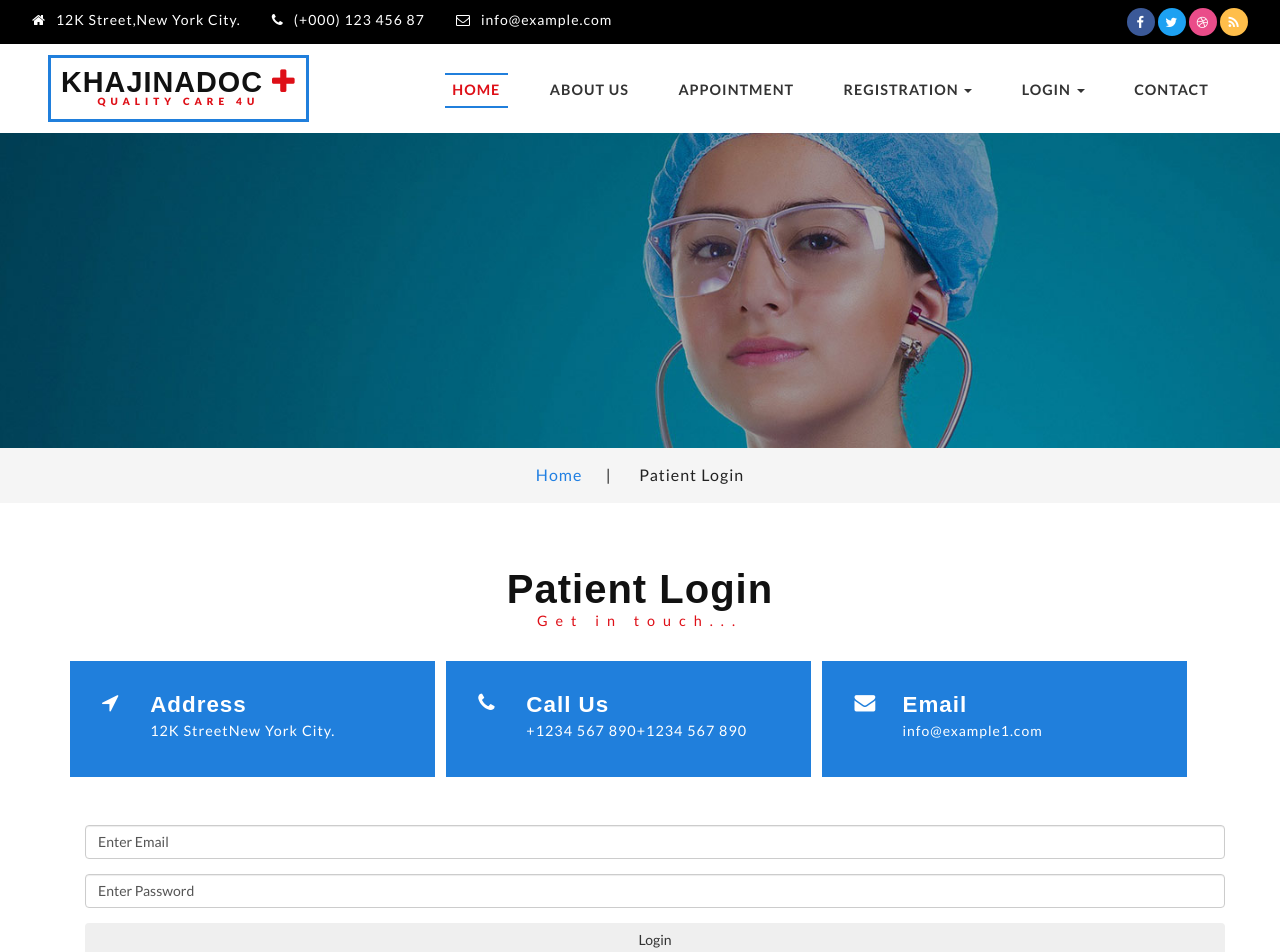
Repository: 72-faisal/work_to_do
Page: http://localhost/Khajina_Doctor/Patient_Login.jsp
These files come from the project's save history. The page is drawn as it stood at one moment and after the next save; the edit follows.
The browser window is 1280 px wide. The pictures show the part of the page from y = 0 to 952 px (the page is 2133 px tall).
Some web fonts or font styles are not loaded; a fallback is used. The page is served by Tomcat 9. Other server files are loaded and not shown.

Above is the page before, as saved 2023-04-14 20:49:34.

### Khajina_Doctor/Khajina_Doctor/src/main/webapp/Patient_Login.jsp
<%@ page language="java" contentType="text/html; charset=ISO-8859-1"
    pageEncoding="ISO-8859-1"%>

<!--
author: W3layouts
author URL: http://w3layouts.com
License: Creative Commons Attribution 3.0 Unported
License URL: http://creativecommons.org/licenses/by/3.0/
-->
<!DOCTYPE html>
<html lang="zxx">
<head>
<title>Health Plus a Medical Category Bootstrap Responsive Website Template | Contact :: w3layouts</title>
<!-- for-meta-tags-->
<meta name="viewport" content="width=device-width, initial-scale=1">
<meta http-equiv="Content-Type" content="text/html; charset=utf-8" />
<meta name="keywords" content="Health Plus Responsive web template, Bootstrap Web Templates, Flat Web Templates, Android Compatible web template,
Smartphone Compatible web template, free web designs for Nokia, Samsung, LG, SonyEricsson, Motorola web design" />
<script type="application/x-javascript"> addEventListener("load", function() { setTimeout(hideURLbar, 0); }, false);
		function hideURLbar(){ window.scrollTo(0,1); } </script>
<!-- //for-meta-tags-->
<link href="css/bootstrap.css" rel="stylesheet" type="text/css" media="all" />
<link href="css/style.css" rel="stylesheet" type="text/css" media="all" />
<!-- font-awesome icons -->
<link href="css/font-awesome.css" rel="stylesheet">
<!-- //font-awesome icons -->
<link href="//fonts.googleapis.com/css?family=Raleway:200,200i,300,300i,400,400i,500,500i,600,600i,700,700i,800" rel="stylesheet">
<link href="//fonts.googleapis.com/css?family=Lato:300,300i,400,400i,700,900" rel="stylesheet">
</head>

<body>
<div class="main" id="home">
<!-- banner -->
		<div class="header_agileinfo">
						<div class="w3_agileits_header_text">
							<ul class="top_agile_w3l_info_icons">
									<li><i class="fa fa-home" aria-hidden="true"></i>12K Street,New York City.</li>
									<li class="second"><i class="fa fa-phone" aria-hidden="true"></i>(+000) 123 456 87</li>

									<li><i class="fa fa-envelope-o" aria-hidden="true"></i><a href="mailto:maria@example.com">info@example.com</a></li>
								</ul>

						</div>
						<div class="agileinfo_social_icons">
							<ul class="agileits_social_list">
								<li><a href="#" class="w3_agile_facebook"><i class="fa fa-facebook" aria-hidden="true"></i></a></li>
								<li><a href="#" class="agile_twitter"><i class="fa fa-twitter" aria-hidden="true"></i></a></li>
								<li><a href="#" class="w3_agile_dribble"><i class="fa fa-dribbble" aria-hidden="true"></i></a></li>
								<li><a href="#" class="w3_agile_rss"><i class="fa fa-rss" aria-hidden="true"></i></a></li>
							</ul>
						</div>
						<div class="clearfix"> </div>
			</div>

		<div class="header-bottom">
				<nav class="navbar navbar-default">
				<!-- Brand and toggle get grouped for better mobile display -->
				<div class="navbar-header">
				  <button type="button" class="navbar-toggle collapsed" data-toggle="collapse" data-target="#bs-example-navbar-collapse-1">
					<span class="sr-only">Toggle navigation</span>
					<span class="icon-bar"></span>
					<span class="icon-bar"></span>
					<span class="icon-bar"></span>
				  </button>
					<div class="logo">
						<h1><a class="navbar-brand" href="index.jsp"><span>Khajina</span>Doc <i class="fa fa-plus" aria-hidden="true"></i> <p>Quality Care 4U</p></a></h1>
					</div>
				</div>

				<!-- Collect the nav links, forms, and other content for toggling -->
				<div class="collapse navbar-collapse nav-wil" id="bs-example-navbar-collapse-1">
					<nav class="menu menu--sebastian">
					<ul id="m_nav_list" class="m_nav menu__list">
						<li class="m_nav_item menu__item menu__item--current" id="m_nav_item_1"> <a href="index.jsp" class="menu__link"> Home </a></li>
						<li class="m_nav_item menu__item" id="moble_nav_item_2"> <a href="about.jsp" class="menu__link"> About Us </a> </li>
						<li class="m_nav_item menu__item" id="moble_nav_item_4"> <a href="appointment.jsp" class="menu__link">Appointment  </a> </li>
						<li class="m_nav_item menu__item" id="moble_nav_item_3 dropdown"> <a href="#" class="menu__link dropdown-toggle" data-toggle="dropdown">Registration  <b class="caret"></b></a>
						   <ul class="dropdown-menu agile_short_dropdown">
									<li><a href="Patient_Registration.jsp">As Patient</a></li>
									<li><a href="Doctor_Registration.jsp">As Doctor</a></li>
								</ul>
						</li>
						<li class="m_nav_item menu__item" id="moble_nav_item_3 dropdown"> <a href="#" class="menu__link dropdown-toggle" data-toggle="dropdown">Login  <b class="caret"></b></a>
						   <ul class="dropdown-menu agile_short_dropdown">
									<li><a href="Patient_Login.jsp">Patient Login</a></li>
									<li><a href="Doctor_Login.jsp">Doctor Login</a></li>
									<li><a href="Admin_Login.jsp">Admin Login</a></li>
						   </ul>
						</li>
						<li class="m_nav_item menu__item" id="moble_nav_item_6"> <a href="contact.jsp" class="menu__link"> Contact </a> </li>
					</ul>
				</nav>

				</div>
				<!-- /.navbar-collapse -->
			</nav>
	 </div>
</div>
<!-- banner -->
<!-- banner1 -->
	<div class="banner1 jarallax">
		<div class="container">
		</div>
	</div>

	<div class="services-breadcrumb">
		<div class="container">
			<ul>
				<li><a href="index.jsp">Home</a><i>|</i></li>
				<li>Patient Login</li>
			</ul>
		</div>
	</div>
<!-- //banner1 -->
	<div class="banner-bottom" id="about">
		<div class="container">
			<h2 class="w3_heade_tittle_agile">Patient Login</h2>
		    <p class="sub_t_agileits">Get in touch...</p>

           <div class="contact-top-agileits">
               <div class="col-md-4 contact-grid ">
					<div class="contact-grid1 agileits-w3layouts">
						<i class="fa fa-location-arrow"></i>
						<div class="con-w3l-info">
						   <h4>Address </h4>
						  <p>12K Street<span>New York City.</span></p>
						</div>
						<div class="clearfix"></div>
					</div>
				</div>
				<div class="col-md-4 contact-grid">
					<div class="contact-grid2 w3">
						<i class="fa fa-phone" aria-hidden="true"></i>
						<div class="con-w3l-info">
						  <h4>Call Us</h4>
						   <p>+1234 567 890<span>+1234 567 890</span></p>
						</div>
						<div class="clearfix"></div>
					</div>
				</div>
				<div class="col-md-4 contact-grid">
					<div class="contact-grid3 w3l">
						<i class="fa fa-envelope"></i>
						<div class="con-w3l-info">
						  <h4>Email</h4>
						  <p><a href="mailto:info@example.com">info@example1.com</a>

						  </p></div>
						  <div class="clearfix"></div>
					</div>
				</div>
				<div class="clearfix"></div>

			</div>
			<div class="contact-form-aits">
				 <!--contact -->
      <section class="contact py-lg-4 py-md-3 py-sm-3 py-3">
         <div class="container py-lg-5 py-md-4 py-sm-4 py-3">
            <div class="contact-list-grid">
             <%String msg = (String)request.getAttribute("msg"); %>
            <%if(msg!=null){ %>
            	<h4><%out.print(msg); %></h4>
            <%} %>

               <form action="PatientController" method="post">
                  <div class=" agile-wls-contact-mid">


                   <div class="form-group contact-forms">
                        <input type="email" class="form-control" placeholder="Enter Email" name="email">
                     </div>
                   <div class="form-group contact-forms">
                        <input type="password" class="form-control" placeholder="Enter Password" name="password">
                    </div>
                    <button type="submit" name="action" value="Login"  class="btn btn-block sent-butnn">Login</button>
                  </div>

               </form>
                <h5 class="text-center mb-lg-5 mb-md-4 mb-sm-4 mb-3">
               	<a href="Patient-forgetpassword.jsp">Forget Password?></a>
               </h5>
            </div>
         </div>
         <!--//contact-map -->
      </section>
				  <ul class="agileits_social_list two">
				        <li class="fallow"> Follow Us :</li>
								<li><a href="#" class="w3_agile_facebook"><i class="fa fa-facebook" aria-hidden="true"></i></a></li>
								<li><a href="#" class="agile_twitter"><i class="fa fa-twitter" aria-hidden="true"></i></a></li>
								<li><a href="#" class="w3_agile_dribble"><i class="fa fa-dribbble" aria-hidden="true"></i></a></li>
								<li><a href="#" class="w3_agile_rss"><i class="fa fa-rss" aria-hidden="true"></i></a></li>
							</ul>

			   </div>
	    </div>
	</div>

<div class="map_agile">
<iframe src="https://www.google.com/maps/embed?pb=!1m18!1m12!1m3!1d387142.84010033106!2d-74.25819252532891!3d40.70583163828471!2m3!1f0!2f0!3f0!3m2!1i1024!2i768!4f13.1!3m3!1m2!1s0x89c24fa5d33f083b%3A0xc80b8f06e177fe62!2sNew+York%2C+NY%2C+USA!5e0!3m2!1sen!2sin!4v1475140387172" style="border:0"></iframe>


</div>
<!-- footer -->
	<div class="footer">
		<div class="container">
			<h4>Subscribe to <span>Newsletter</span></h4>
			<form action="#" method="post">
				<input type="email" name="Email" placeholder="Enter Your Email..." required="">
				<input type="submit" value="Send">
			</form>
			<div class="agile_footer_copy">
				<div class="w3agile_footer_grids">
					<div class="col-md-4 w3agile_footer_grid">
						<h3>About Us</h3>
						<p>Duis aute irure dolor in reprehenderit in voluptate velit esse.<span>Excepteur sint occaecat cupidatat
							non proident, sunt in culpa qui officia deserunt mollit.</span></p>
					</div>
					<div class="col-md-4 w3agile_footer_grid">
						<h3>Contact Info</h3>
						<ul>
							<li><i class="fa fa-map-marker" aria-hidden="true"></i>1234k Avenue, 4th block, <span>New York City.</span></li>
							<li><i class="fa fa-envelope-o" aria-hidden="true"></i><a href="mailto:info@example.com">info@example.com</a></li>
							<li><i class="fa fa-phone" aria-hidden="true"></i>+1234 567 567</li>
						</ul>
					</div>
					<div class="col-md-4 w3agile_footer_grid w3agile_footer_grid1">
						<h3>Navigation</h3>
						<ul>
							<li><span class="fa fa-long-arrow-right" aria-hidden="true"></span><a href="appointment.jsp">Appointment</a></li>
							<li><span class="fa fa-long-arrow-right" aria-hidden="true"></span><a href="about.jsp">About</a></li>
							<li><span class="fa fa-long-arrow-right" aria-hidden="true"></span><a href="contact.jsp">Contact Us</a></li>
						</ul>
					</div>
					<div class="clearfix"> </div>
				</div>
			</div>
			<div class="w3_agileits_copy_right_social">
				<div class="col-md-6 agileits_w3layouts_copy_right">
					<p>&copy; 2017 Health Plus. All rights reserved | Design by <a href="http://w3layouts.com/">W3layouts</a></p>
				</div>
				<div class="col-md-6 w3_agile_copy_right">
					<ul class="agileits_social_list">
								<li><a href="#" class="w3_agile_facebook"><i class="fa fa-facebook" aria-hidden="true"></i></a></li>
								<li><a href="#" class="agile_twitter"><i class="fa fa-twitter" aria-hidden="true"></i></a></li>
								<li><a href="#" class="w3_agile_dribble"><i class="fa fa-dribbble" aria-hidden="true"></i></a></li>
								<li><a href="#" class="w3_agile_rss"><i class="fa fa-rss" aria-hidden="true"></i></a></li>
							</ul>
				</div>
				<div class="clearfix"> </div>
			</div>
		</div>
	</div>
<!-- //footer -->
<a href="#" id="toTop" style="display: block;"> <span id="toTopHover" style="opacity: 1;"> </span></a>
 <!-- js -->
<script src="js/jquery-2.2.3.min.js"></script>
<!-- bootstrap-pop-up -->
	<div class="modal video-modal fade" id="myModal" tabindex="-1" role="dialog" aria-labelledby="myModal">
		<div class="modal-dialog" role="document">
			<div class="modal-content">
				<div class="modal-header">
					Health Plus
					<button type="button" class="close" data-dismiss="modal" aria-label="Close"><span aria-hidden="true">&times;</span></button>
				</div>
				<section>
					<div class="modal-body">
						<img src="images/g9.jpg" alt=" " class="img-responsive" />
						<p>Ut enim ad minima veniam, quis nostrum
							exercitationem ullam corporis suscipit laboriosam,
							nisi ut aliquid ex ea commodi consequatur? Quis autem
							vel eum iure reprehenderit qui in ea voluptate velit
							esse quam nihil molestiae consequatur, vel illum qui
							dolorem eum fugiat quo voluptas nulla pariatur.
							<i>" Quis autem vel eum iure reprehenderit qui in ea voluptate velit
								esse quam nihil molestiae consequatur.</i></p>
					</div>
				</section>
			</div>
		</div>
	</div>
<!-- //bootstrap-pop-up -->
<!-- start-smoth-scrolling -->
<script type="text/javascript" src="js/move-top.js"></script>
<script type="text/javascript" src="js/easing.js"></script>
<script type="text/javascript">
	jQuery(document).ready(function($) {
		$(".scroll").click(function(event){
			event.preventDefault();
			$('html,body').animate({scrollTop:$(this.hash).offset().top},1000);
		});
	});
</script>
<!-- start-smoth-scrolling -->
			<script src="js/jarallax.js"></script>
	<script src="js/SmoothScroll.min.js"></script>
	<script type="text/javascript">
		/* init Jarallax */
		$('.jarallax').jarallax({
			speed: 0.5,
			imgWidth: 1366,
			imgHeight: 768
		})
	</script>

	<script src="js/bootstrap.js"></script>
<!-- //for bootstrap working -->
<!-- here stars scrolling icon -->
	<script type="text/javascript">
		$(document).ready(function() {
			/*
				var defaults = {
				containerID: 'toTop', // fading element id
				containerHoverID: 'toTopHover', // fading element hover id
				scrollSpeed: 1200,
				easingType: 'linear'
				};
			*/

			$().UItoTop({ easingType: 'easeOutQuart' });

			});
	</script>
<!-- //here ends scrolling icon -->
</body>
</html>

Loaded but not shown: Khajina_Doctor/Khajina_Doctor/src/main/webapp/css/bootstrap.css (library); Khajina_Doctor/Khajina_Doctor/src/main/webapp/css/font-awesome.css (library); Khajina_Doctor/Khajina_Doctor/src/main/webapp/js/jquery-2.2.3.min.js (library); Khajina_Doctor/Khajina_Doctor/src/main/webapp/js/SmoothScroll.min.js (library); Khajina_Doctor/Khajina_Doctor/src/main/webapp/js/bootstrap.js (library); Khajina_Doctor/Khajina_Doctor/src/main/webapp/js/jarallax.js (433 lines, source omitted); Khajina_Doctor/Khajina_Doctor/src/main/webapp/js/easing.js (140 lines, source omitted); Khajina_Doctor/Khajina_Doctor/src/main/webapp/js/move-top.js (5 lines, source omitted); Khajina_Doctor/Khajina_Doctor/src/main/webapp/css/style.css (4106 lines, source omitted)

After the next save:
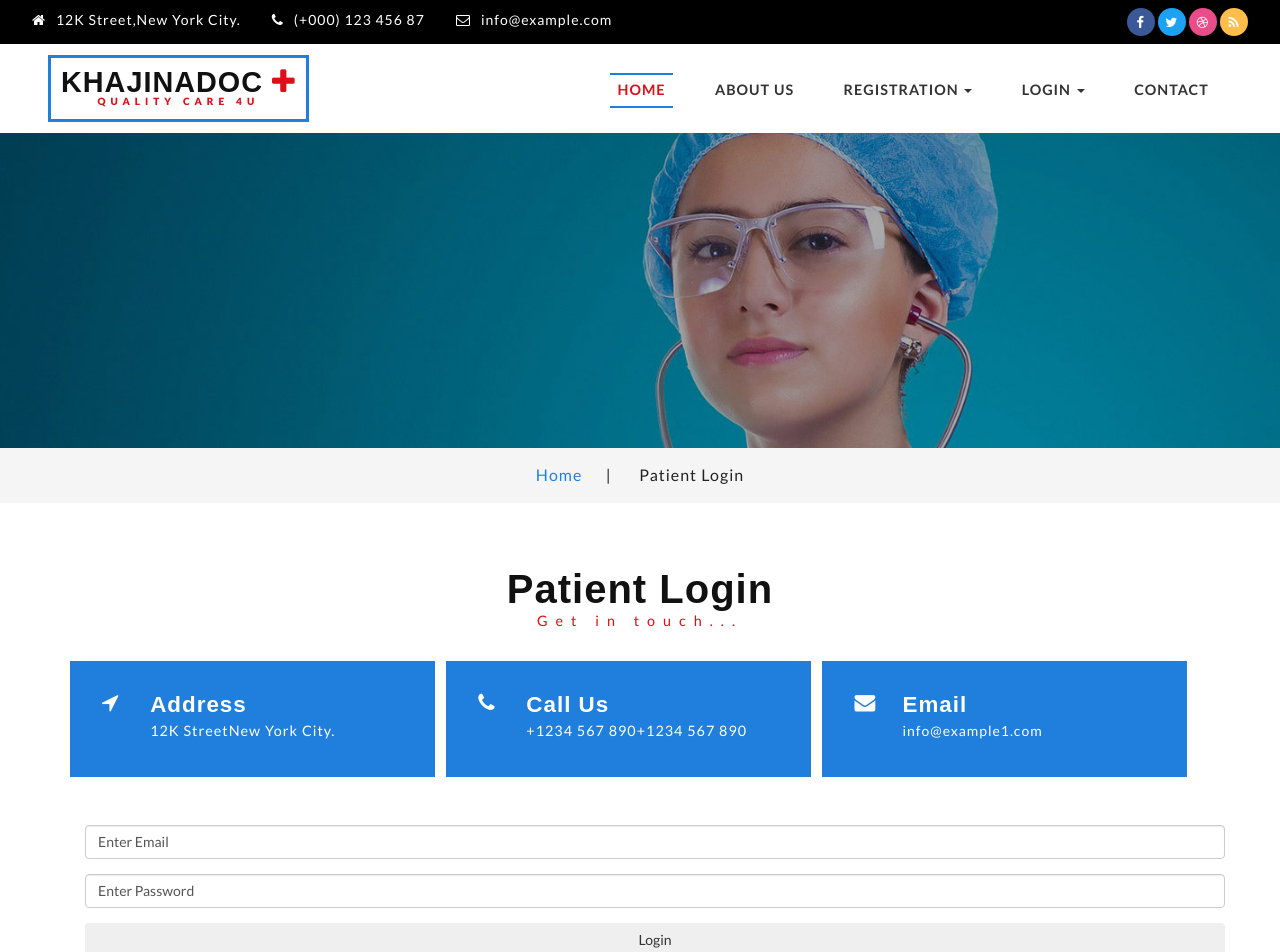
Saved 9 h 28 min later.
--- a/Khajina_Doctor/Khajina_Doctor/src/main/webapp/Patient_Login.jsp
+++ b/Khajina_Doctor/Khajina_Doctor/src/main/webapp/Patient_Login.jsp
@@ -73,7 +73,6 @@ Smartphone Compatible web template, free web designs for Nokia, Samsung, LG, Son
 					<ul id="m_nav_list" class="m_nav menu__list">
 						<li class="m_nav_item menu__item menu__item--current" id="m_nav_item_1"> <a href="index.jsp" class="menu__link"> Home </a></li>
 						<li class="m_nav_item menu__item" id="moble_nav_item_2"> <a href="about.jsp" class="menu__link"> About Us </a> </li>
-						<li class="m_nav_item menu__item" id="moble_nav_item_4"> <a href="appointment.jsp" class="menu__link">Appointment  </a> </li>
 						<li class="m_nav_item menu__item" id="moble_nav_item_3 dropdown"> <a href="#" class="menu__link dropdown-toggle" data-toggle="dropdown">Registration  <b class="caret"></b></a>
 						   <ul class="dropdown-menu agile_short_dropdown">
 									<li><a href="Patient_Registration.jsp">As Patient</a></li>
